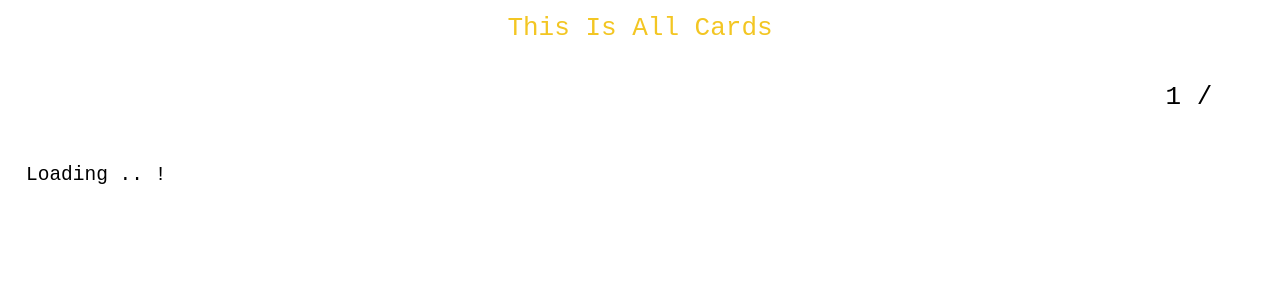
Repository: rehamtaher10/reactQueryTask
Page: /
The author's editor kept a copy of each file at every save. The page is drawn from the files as they stood at one save, then again after the next save.
The browser window is 1280 px wide. The pictures show the whole page.
The page's requests for data from a server got no answer. The project was rebuilt for these pictures with package versions that can differ from the ones it lists, and the page was loaded fresh each time. No one was signed in, and anything a server would have sent is missing. Also part of the build but not shown: vite.config.js.

Above is the page before, as saved 2024-12-07 20:10:31.

### src/main.jsx
import { StrictMode } from "react";
import { createRoot } from "react-dom/client";
import "./style/app.css";
import App from "./App.jsx";
import {
  QueryClient,
  QueryClientProvider,
  useQuery,
} from "@tanstack/react-query";

const queryClient = new QueryClient();

createRoot(document.getElementById("root")).render(
  <StrictMode>
    <QueryClientProvider client={queryClient}>
      <App />
    </QueryClientProvider>
  </StrictMode>
);

### src/style/app.css
*{
    padding: 0;
    margin: 0;
    box-sizing: border-box;
    font-family: monospace;
    font-weight: 400;
}
.productContainer{
    padding: 2em;
    display: flex;
    flex-wrap: wrap;
    gap: 2em;
}
.post{
    width: calc((100% - 4em) / 3);
    background: #f2f2f2;
    border: 1px solid rgba(0, 0, 0, .2);
}
.post img{
    width: 100%;
    height: 350px;
    object-fit: cover;
    display: block;
    margin-left: auto;
    margin-right: auto;
}
.post h2{
    padding-inline: 1em;
    padding-block: 1.5em;
    font-size: 1.3rem;
    color:#10375C;
}
.post p{
    width: fit-content;
    padding-inline: 1em;
    margin-block: .5rem;
    background-color: #EB8317;
    color: #F4F6FF;
    font-size: 1.3rem;
    font-weight: bold;
}
h1{
    color: #F3C623;
    text-align: center;
    padding-block: 1rem;
    font-family: monospace;
    font-size: 2rem;
}
.pagination{
    padding: 2em;
    direction: rtl;
}
.pagination p{
    background-color: ;
    font-size: 2rem;
    width: 10rem;
    text-align: center;
    border-radius: 1rem;
    direction: ltr;
}

### src/App.jsx
import { useQuery } from "@tanstack/react-query";
import React, { useState } from "react";
function App() {
  const [page, setPage] = useState(0);
  const limit = 9;

  const productsFetch = async (page = 0) => {
    const res = await fetch(
      `https://dummyjson.com/products?limit=${limit}&skip=${page * limit}`
    );
    const productRes = await res.json();
    return productRes;
  };

  const { data, isLoading } = useQuery({
    queryKey: ["products", page],
    queryFn: () => productsFetch(page),
  });

  return (
    <>
      <h1>This Is All Cards</h1>

      <div className="pagination">
        <p>{page + 1} / {data?.total && Math.ceil(data?.total / limit)}</p>

      </div>
      <div className="productContainer">
        {isLoading ? (
          <h2>Loading .. !</h2>
        ) : (
          data?.products.map((ele) => (
            <div class="post" key={ele.id}>
              <div>
                <img src={ele.images?.[0]} />
              </div>
              <h2>${ele.title} </h2>
              <p>${ele.price} $</p>
            </div>
          ))
        )}
      </div>
    </>
  );
}

export default App;

Loaded but not shown: index.html (common file)

After the next save:
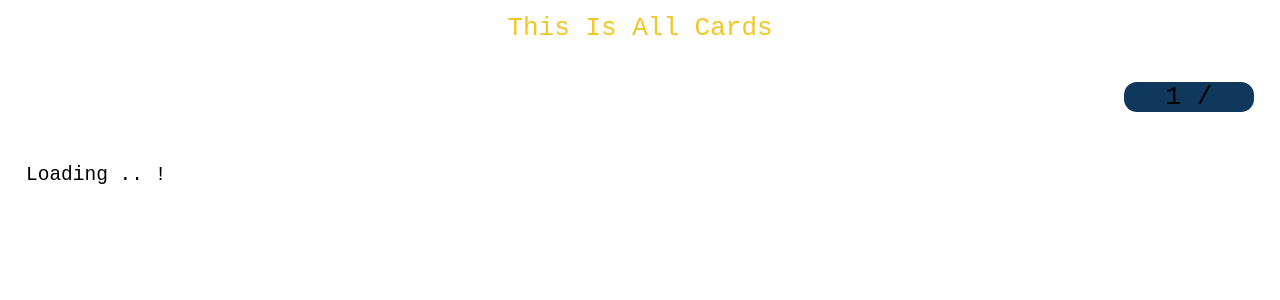
Saved 4 s later.
--- a/src/style/app.css
+++ b/src/style/app.css
@@ -51,7 +51,7 @@ h1{
     direction: rtl;
 }
 .pagination p{
-    background-color: ;
+    background-color:#10375C ;
     font-size: 2rem;
     width: 10rem;
     text-align: center;
